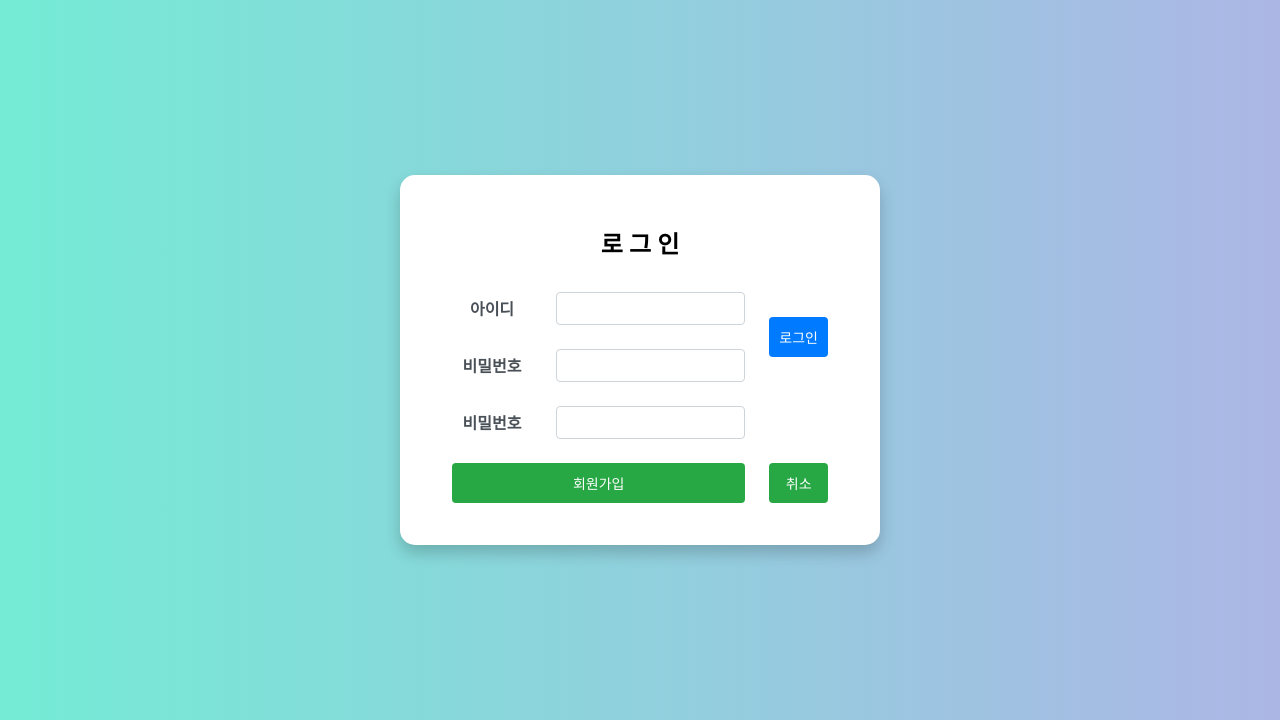
Repository: 1plus1equals3-true/Board-Project
Page: http://localhost/jsp/member/Login.jsp
The author's editor kept a copy of each file at every save. The page is drawn from the files as they stood at one save, then again after the next save.
The browser window is 1280 px wide. The pictures show the whole page.
The page is served by Tomcat 9.

Above is the page before, as saved 2025-09-24 07:37:34.

After the next save:
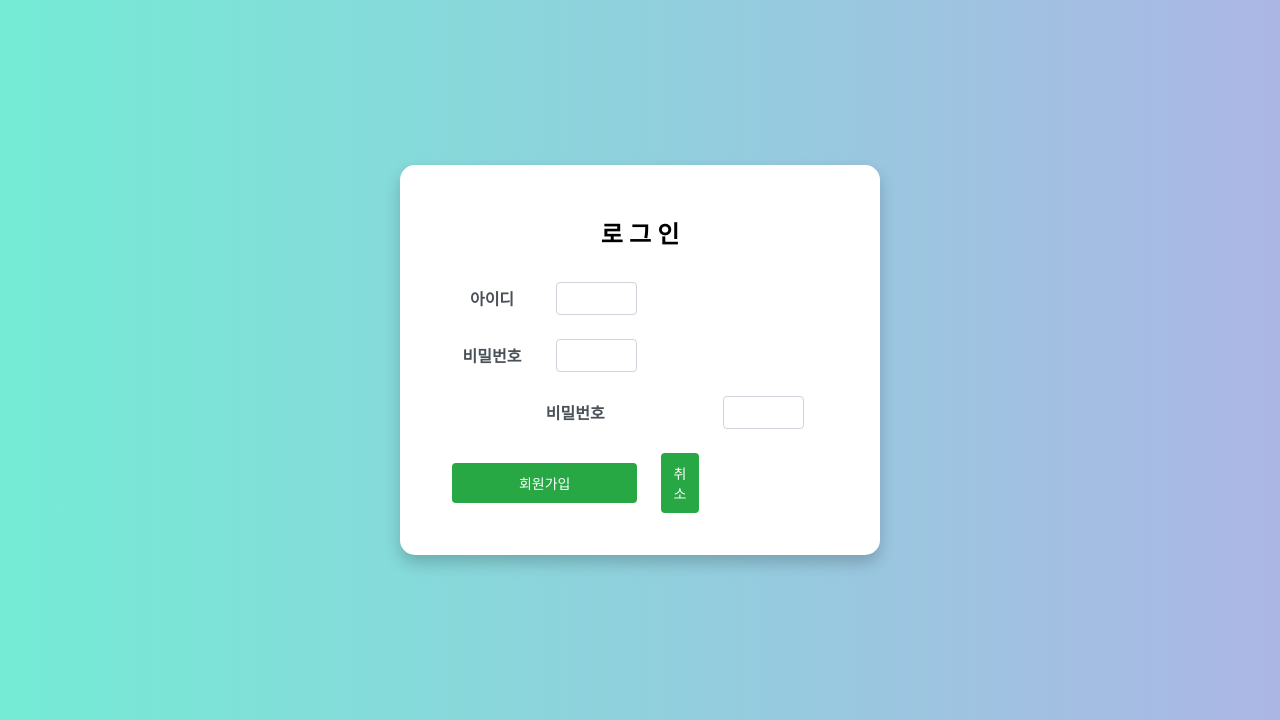
Saved 15 s later.
--- a/jsp/src/main/webapp/member/Login.jsp
+++ b/jsp/src/main/webapp/member/Login.jsp
@@ -115,7 +115,7 @@ body {
 			<td>아이디</td>
 			<td><input type="text" name="loginid"></td>
 			<td rowspan="2">
-				<input type="submit" value="로그인">
+
 			</td>
 		</tr>
 
@@ -125,7 +125,7 @@ body {
 		</tr>
 
 		<tr>
-			<td>비밀번호</td>
+			<td colspan="3">비밀번호</td>
 			<td><input type="password" name="loginpass"></td>
 			<td></td>
 		</tr>
